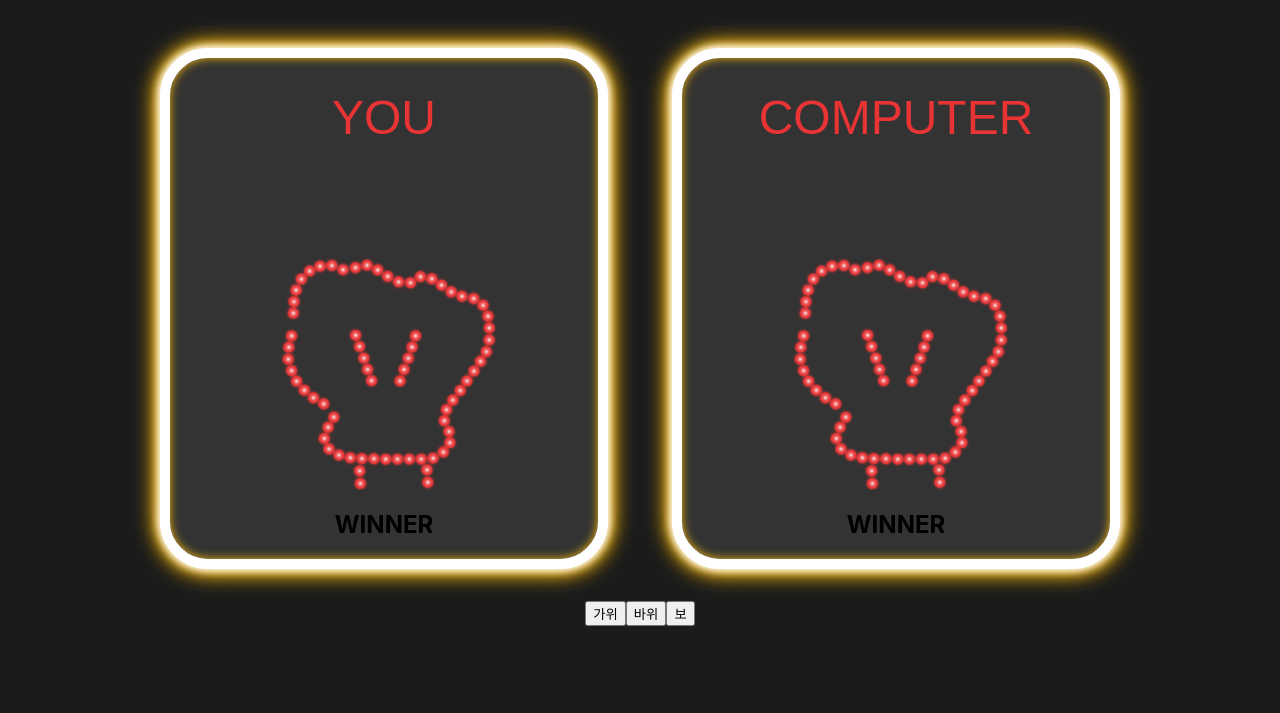
Repository: KIMMIHYE12/classComponent
Page: /
The author's editor kept a copy of each file at every save. The page is drawn from the files as they stood at one save, then again after the next save.
The browser window is 1280 px wide. The pictures show the whole page.
Some web fonts or font styles are not loaded; a fallback is used. The project was rebuilt for these pictures with package versions that can differ from the ones it lists, and the page was loaded fresh each time.

Above is the page before, as saved 2024-03-18 21:54:41.

After the next save:
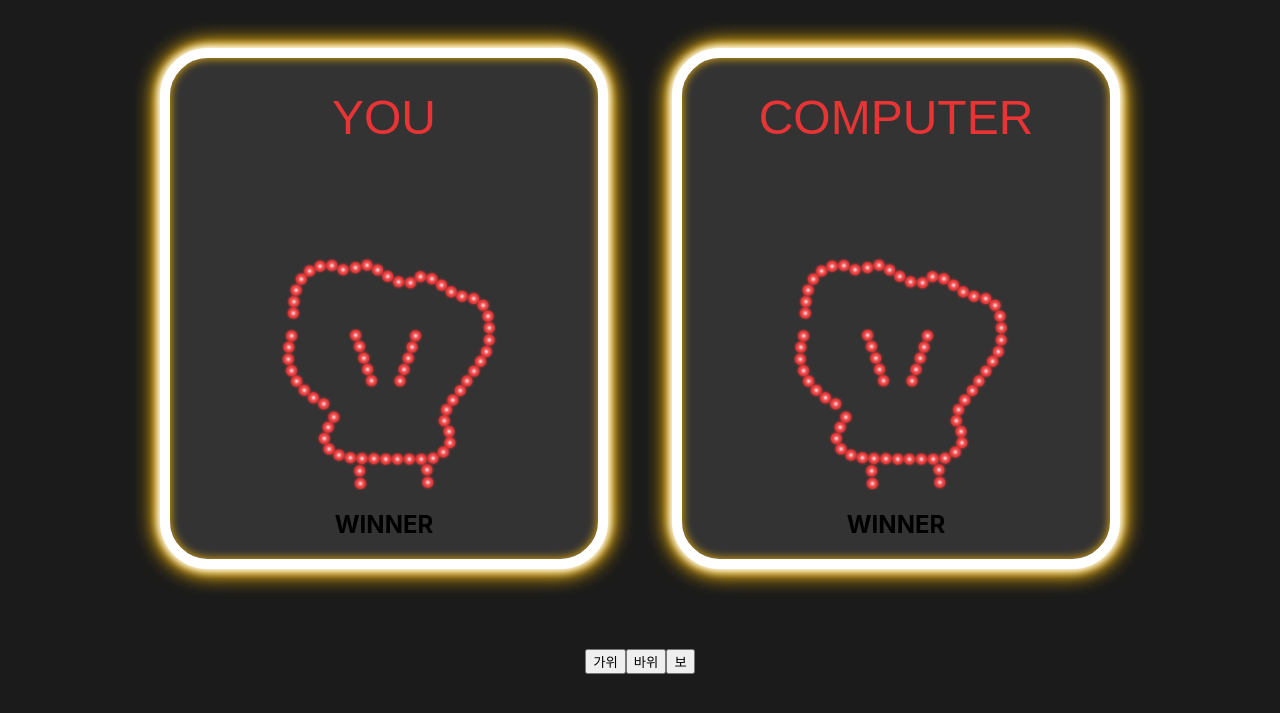
Saved 5 s later.
--- a/src/App.css
+++ b/src/App.css
@@ -42,7 +42,7 @@ img {
 }
 
 .btn_wrap {
-  margin-top: 2em;
+  margin-top: 5em;
   display: flex;
   justify-content: center;
 }
